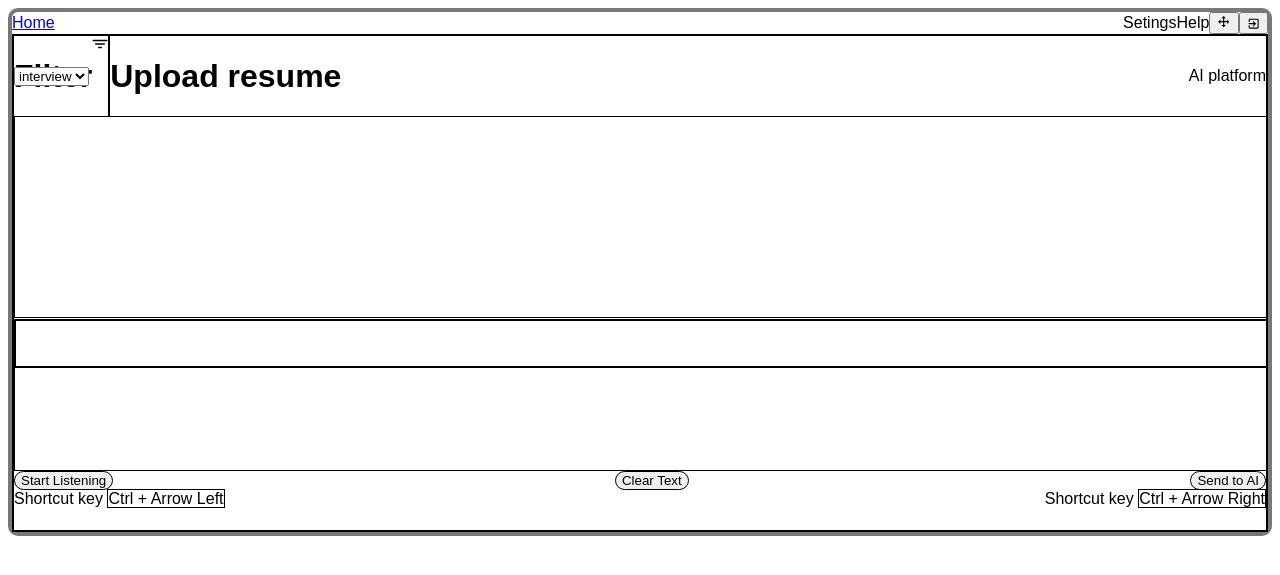
Repository: stevenreas09-coder/ai-assistance
Page: /speech
The author's editor kept a copy of each file at every save. The page is drawn from the files as they stood at one save, then again after the next save.
The browser window is 1280 px wide. The pictures show the whole page.
The project was rebuilt for these pictures with package versions that can differ from the ones it lists, and the page was loaded fresh each time. The framework's server and built-in components were replaced by stand-ins that run in the browser. Also part of the build but not shown: next.config.ts.

Above is the page before, as saved 2025-12-17 05:00:46.

### app/layout.tsx
import type { Metadata } from "next";
import { Geist, Geist_Mono } from "next/font/google";
import "./globals.css";
import HeaderOverlay from "./component/HeaderOverlay";

const geistSans = Geist({
  variable: "--font-geist-sans",
  subsets: ["latin"],
});

const geistMono = Geist_Mono({
  variable: "--font-geist-mono",
  subsets: ["latin"],
});

export const metadata: Metadata = {
  title: "Create Next App",
  description: "Generated by create next app",
};

export default function RootLayout({
  children,
}: Readonly<{
  children: React.ReactNode;
}>) {
  return (
    <html lang="en">
      <body
        className={`${geistSans.variable} ${geistMono.variable} antialiased h-[520px]`}
      >
        <div className="bg-white/50 rounded p-2 relative flex flex-col h-full">
          {/* Sticky header */}
          <div className="sticky top-0 z-50">
            <HeaderOverlay />
          </div>

          {/* Scrollable content below header */}
          <div className="flex-1 overflow-auto bg-white/20 h-full w-full border-black/50 border-2 box-border ">
            {children}
          </div>
        </div>
      </body>
    </html>
  );
}

### app/speech/page.tsx
"use client";

import { useState, useRef, useEffect } from "react";
import { IoFilter } from "react-icons/io5";

const AUDIO_CONFIG = {
  SAMPLE_RATE: 16000,
  CHANNELS: 1,
};

export default function Example() {
  const [transcript, setTranscript] = useState("");
  const [transcriptFinal, setFinalTranscript] = useState("");
  const [listening, setListening] = useState(false);
  const [connecting, setConnecting] = useState(false);

  const wsRef = useRef<WebSocket | null>(null);
  const audioContextRef = useRef<AudioContext | null>(null);
  const mediaStreamRef = useRef<MediaStream | null>(null);
  const workletNodeRef = useRef<AudioWorkletNode | null>(null);

  const [output, setOutput] = useState("");
  const [loading, setLoading] = useState(false);
  const [model, setModel] = useState<string | null>("");
  //------------------------------------------------------------------------------------------
  async function handleSend() {
    if (!transcriptFinal.trim()) return;

    setOutput("");
    setLoading(true);

    const res = await fetch("/api/chat", {
      method: "POST",
      headers: { "Content-Type": "application/json" },
      body: JSON.stringify({ message: transcriptFinal }),
    });
    const modelUsed = res.headers.get("X-Model-Used");
    setModel(modelUsed); // render in UI

    const reader = res.body!.getReader();
    const decoder = new TextDecoder();

    while (true) {
      const { value, done } = await reader.read();
      if (done) break;

      const chunk = decoder.decode(value);
      setOutput((prev) => prev + chunk);
    }

    setLoading(false);
  }
  // ----------------------------------------------------------------------------------
  const startStreaming = async (ws: WebSocket) => {
    try {
      // 🎧 Capture TAB audio ONLY
      const stream = await navigator.mediaDevices.getDisplayMedia({
        video: false,
        audio: true, // main.js handler provides loopback
      });

      mediaStreamRef.current = stream;

      const audioContext = new AudioContext({
        sampleRate: AUDIO_CONFIG.SAMPLE_RATE,
      });
      audioContextRef.current = audioContext;

      await audioContext.audioWorklet.addModule(
        "/audio-worklet/pcm-processor.js"
      );

      const source = audioContext.createMediaStreamSource(stream);
      const workletNode = new AudioWorkletNode(audioContext, "pcm-processor");
      workletNodeRef.current = workletNode;

      workletNode.port.onmessage = (e) => {
        if (ws.readyState === WebSocket.OPEN) {
          ws.send(e.data);
        }
      };

      source.connect(workletNode);

      // ❌ DO NOT connect to destination (no playback)
      // workletNode.connect(audioContext.destination);
    } catch (err) {
      console.error("Tab audio capture failed:", err);
      ws.close();
    }
  };
  //-----------------------------------------------------------------------------------
  const stopStreaming = () => {
    workletNodeRef.current?.disconnect();
    workletNodeRef.current = null;

    audioContextRef.current?.close();
    audioContextRef.current = null;

    mediaStreamRef.current?.getTracks().forEach((t) => t.stop());
    mediaStreamRef.current = null;
  };
  //----------------------------------------------------------------------------------
  const toggleListening = () => {
    if (wsRef.current?.readyState === WebSocket.OPEN) {
      setListening(false);
      wsRef.current.close();
      stopStreaming();
      return;
    }

    setConnecting(true);
    const ws = new WebSocket("ws://127.0.0.1:8765");
    ws.binaryType = "arraybuffer";
    wsRef.current = ws;

    ws.onopen = () => {
      ws.send(
        JSON.stringify({ config: { sample_rate: AUDIO_CONFIG.SAMPLE_RATE } })
      );
      setTranscript("");
      setFinalTranscript("");
      setListening(true);
      setConnecting(false);
      startStreaming(ws);
    };

    ws.onmessage = (event: MessageEvent) => {
      try {
        const data = JSON.parse(event.data);
        if (data.partial !== undefined) {
          // partial = single live line
          setTranscript(data.partial);
        }
        if (data.text) {
          // final = append to history
          setFinalTranscript((prev) =>
            prev ? prev + "\n" + data.text : data.text
          );

          // IMPORTANT: clear partial when final arrives
          setTranscript("");
        }
      } catch {}
    };

    ws.onerror = () => {
      setListening(false);
      setConnecting(false);
      ws.close();
    };

    ws.onclose = () => {
      stopStreaming();
      wsRef.current = null;
      setListening(false);
      setConnecting(false);
      setTranscript("");
    };
  };
  //----------------------------------------------------------------------------------------
  useEffect(() => {
    return () => {
      wsRef.current?.close();
      stopStreaming();
    };
  }, []);
  //-------------------------------------------------------------------------------------
  const clearMessage = () => {
    setFinalTranscript("");
    setTranscript("");
    console.log(`final text clear ${transcriptFinal}`);
  };

  // ⛔ UI BELOW IS 100% UNCHANGED
  return (
    <div className="flex flex-col px-4 py-1 bg-white/50 text-xs text-black ">
      {/* Top controls */}
      <div className="relative flex flex-row justify-between items-center gap-2">
        <div className="flex gap-2">
          <h1>Filter</h1>
          <IoFilter />
          <div className="w-1 h-4 border-r-2 border-black"></div>
          <h1>Upload resume</h1>
        </div>
        <div>
          {model && model.length > 0
            ? `Platform provider: ${model}`
            : "AI platform"}
        </div>
        {true && (
          <div className="absolute bottom-[-15] flex gap-2">
            <select>
              <option value="summarize">interview</option>
              <option value="explain">Example</option>
              <option value="translate">Coding</option>
            </select>
          </div>
        )}
      </div>

      {/* Main content */}
      <div className="flex flex-col gap-2 min-h-0">
        {/* AI response box */}
        <div className="w-full h-[200px] border border-black/30 overflow-y-auto whitespace-pre-wrap font-semibold bg-white/20 p-2">
          {output}
        </div>

        <div className="w-full h-px bg-black/50"></div>

        {/* Transcript box (scrollable) */}
        <div className="w-full border border-black/30 font-semibold bg-white/20 h-[150px]">
          <div className="h-[30%]  w-full divide-x-2 p-2 bg-white/50 border overflow-hidden">
            {transcript}
          </div>
          <div className="h-[70%] w-full p-1 overflow-y-auto bg-white/20 border-black/30 border-t ">
            {transcriptFinal}
          </div>
        </div>
      </div>

      {/* Buttons */}
      <div className="flex justify-between text-xs p-1 text-white font-semibold">
        <button
          onClick={toggleListening}
          className={`rounded-full border hover:bg-white/50 py-2 px-6 ${
            listening ? "bg-red-500" : "bg-amber-500/70"
          } ${connecting ? "opacity-60 cursor-not-allowed" : ""}`}
          disabled={connecting}
        >
          {connecting
            ? "Connecting..."
            : listening
            ? "Stop Listening"
            : "Start Listening"}
        </button>

        <button
          onClick={clearMessage}
          className="rounded-full hover:bg-red-400 border bg-yellow-700/70 py-2 px-6"
        >
          Clear Text
        </button>

        <button
          className="rounded-full hover:bg-white/50 border bg-violet-700/70 py-2 px-6"
          onClick={handleSend}
          disabled={loading}
        >
          {loading ? "Thinking..." : "Send to AI"}
        </button>
      </div>

      {/* Shortcut keys */}
      <div className="flex justify-between text-white w-full mt-1">
        <span className="bg-black/50 rounded-2xl px-3 text-xs">
          Shortcut key{" "}
          <span className="bg-black/50 border px-2 rounded-2xl">
            Ctrl + Arrow Left
          </span>
        </span>
        <span className="bg-black/50 rounded-2xl px-3 text-xs">
          Shortcut key{" "}
          <span className="bg-black/50 border px-2 rounded-2xl">
            Ctrl + Arrow Right
          </span>
        </span>
      </div>
    </div>
  );
}

### app/globals.css
@tailwind base;
@tailwind components;
@tailwind utilities;

body {
  color: var(--foreground);
  font-family: Arial, Helvetica, sans-serif;
  background: transparent; /* <- change this */
  border: 4px solid rgba(120, 117, 117, 0.979); /* white semi-transparent border */
  border-radius: 10px; /* optional rounded corners */
  overflow: hidden;
}
/* ===== CUSTOM SCROLLBAR ===== */
::-webkit-scrollbar {
  width: 8px;
  height: 8px;
}

::-webkit-scrollbar-track {
  background: #1e1e1e; /* dark background */
}

::-webkit-scrollbar-thumb {
  background: #4b5563; /* gray-600 */
  border-radius: 8px;
}

::-webkit-scrollbar-thumb:hover {
  background: #6b7280; /* gray-500 */
}

/* Firefox support */
* {
  scrollbar-width: thin;
  scrollbar-color: #4b5563 #1e1e1e;
}

### app/component/HeaderOverlay.tsx
"use client";
import { useState } from "react";
import { IoMdExit } from "react-icons/io";
import { RiDragMove2Fill } from "react-icons/ri";
import { ImBlocked } from "react-icons/im";
import Link from "next/link";

export default function HeaderOverlay() {
  const [draggable, setDraggable] = useState(true);

  const handleClose = () => {
    window.electronAPI?.closeWindow();
  };

  const toggleDraggable = () => {
    setDraggable(!draggable);
  };

  return (
    <div
      className="w-full sticky h-6 flex items-center text-black font-normal justify-between p-2 pb-4 text-sm"
      style={{ WebkitAppRegion: draggable ? "drag" : "no-drag" } as any}
    >
      <Link href="/">
        <span style={{ WebkitAppRegion: "no-drag" } as any}>Home</span>
      </Link>
      <div
        className="flex space-x-4"
        style={{ WebkitAppRegion: "no-drag" } as any}
      >
        <div className="flex items-center">Setings</div>
        <div className="text-center flex items-center">Help</div>
        <button
          title="Drag Windows"
          className="text-white hover:text-amber-500 rounded"
          onClick={toggleDraggable}
        >
          {draggable ? (
            <RiDragMove2Fill className="w-4 h-4 text-black" />
          ) : (
            <ImBlocked className="w-4 h-4" />
          )}
        </button>
        <button
          title="Exit"
          onClick={handleClose}
          className="flex items-center hover:text-amber-500 justify-center"
        >
          <IoMdExit className="w-5 h-5 hover:text-red-500" />
        </button>
      </div>
    </div>
  );
}

After the next save:
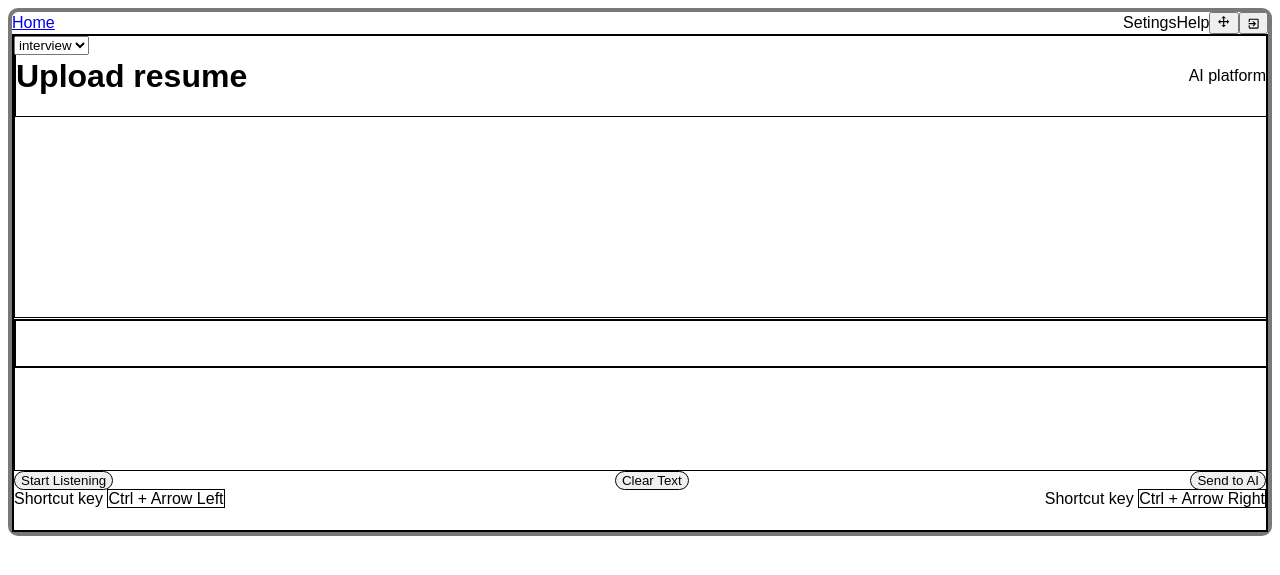
Saved 84 s later.
--- a/app/speech/page.tsx
+++ b/app/speech/page.tsx
@@ -178,8 +178,15 @@ export default function Example() {
       {/* Top controls */}
       <div className="relative flex flex-row justify-between items-center gap-2">
         <div className="flex gap-2">
-          <h1>Filter</h1>
-          <IoFilter />
+          <div>
+            <div className="absolute bottom-[-15] flex gap-2">
+              <select>
+                <option value="summarize">interview</option>
+                <option value="explain">Example</option>
+                <option value="translate">Coding</option>
+              </select>
+            </div>
+          </div>
           <div className="w-1 h-4 border-r-2 border-black"></div>
           <h1>Upload resume</h1>
         </div>
@@ -188,15 +195,6 @@ export default function Example() {
             ? `Platform provider: ${model}`
             : "AI platform"}
         </div>
-        {true && (
-          <div className="absolute bottom-[-15] flex gap-2">
-            <select>
-              <option value="summarize">interview</option>
-              <option value="explain">Example</option>
-              <option value="translate">Coding</option>
-            </select>
-          </div>
-        )}
       </div>
 
       {/* Main content */}
